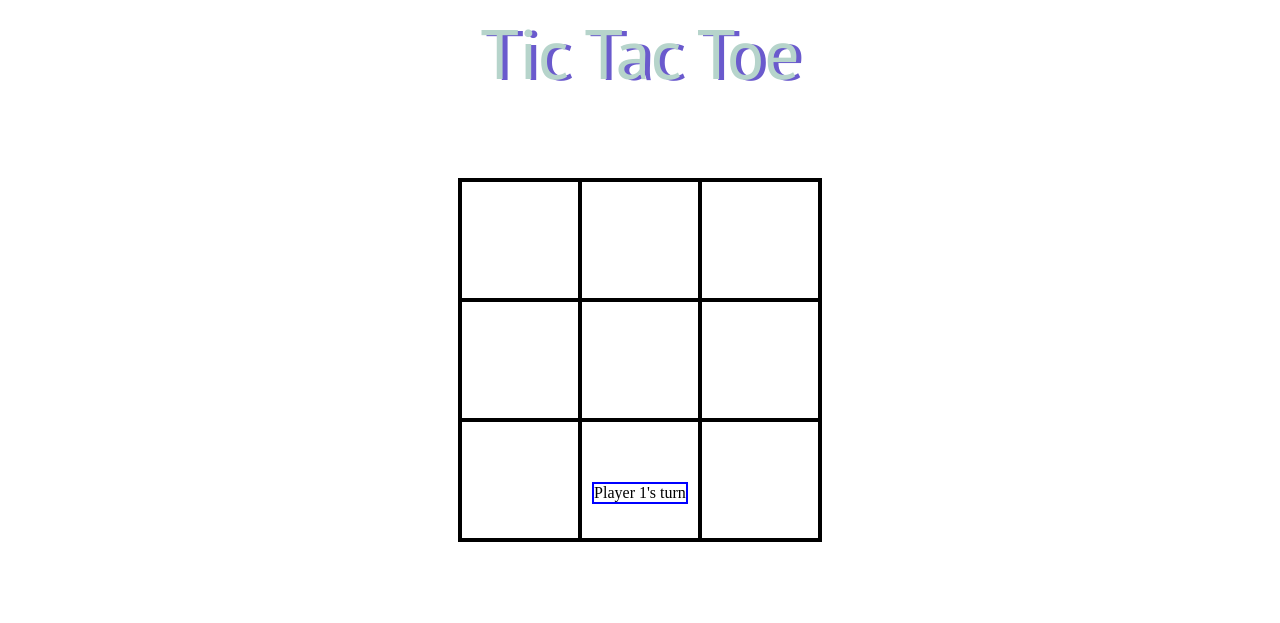
Repository: chin9/TicTacToe
Page: index.html
An editor plug-in stored every save of this project. The page is shown before and after a run of saves, followed by the edit.
The browser window is 1280 px wide. The pictures show the whole page.

Above is the page before, as saved 2021-05-15 20:59:41.

### index.html
<head>
    <link rel='stylesheet' href='style.css'>
</head>

<title> TicTacToe</title>

<header>Tic Tac Toe</header>


<body>
    <div class='board'>

        <div class='grid' id='0'>

        </div>

        <div class='grid' id='1'>

        </div>

        <div class='grid' id='2'>

        </div>

        <div class='grid' id='3'>

        </div>

        <div class='grid' id='4'>

        </div>

        <div class='grid' id='5'>

        </div>

        <div class='grid' id='6'>

        </div>

        <div class='grid' id='7'>

        </div>

        <div class='grid' id='8'>

        </div>

    </div>

    <div class='status' id='status'>
        Player 1's turn
    </div>
</body>

<script src='script.js'></script>

### style.css
@import url('https://fonts.googleapis.com/css2?family=PT+Sans&display=swap');


header{
    font-family: 'PT Sans', sans-serif;
    font-size: 70px;
    color: rgb(182, 212, 203);
    text-shadow: 5px 1px slateblue;
    text-align: center;
}

body{
    display: flex;
    flex-direction: column;
    align-items: center;

}

.board{
    height: 50vh;
    width: 50vh;

    position: relative;
    top: 80px;

    display: grid;
    grid-template-columns: 1fr 1fr 1fr;
    grid-template-rows: 1fr 1fr 1fr;

    border: 2px black solid;
}

.grid{
    border: 2px black solid;

    font-size: 50px;
    text-align: center;
    padding-top: 30px;


}

.status{
    position: relative;
    top: 20px;

    border: 2px blue solid;
}

### script.js


const gameboard = (() => {

    // 0: blank; 'O': circle; 'X': cross
    var grids = [0, 0, 0,
                 0, 0, 0,
                 0, 0, 0];

    function renderBoard() {

        for (let i = 0; i < 9; i++) {
            const grid = document.getElementById(`${i}`);
            if (grids[i] == 'O') {
                grid.textContent = 'O';
            } else if (grids[i] == 'X') {
                grid.textContent = 'X';
            } else {
                grid.textContent = '';
            }

        }

    };


    return {renderBoard};


})();


gameboard.renderBoard();

const player = (sign) => {

}

const player1 = player('O');
const player2 = player('X');

After the next 2 saves:
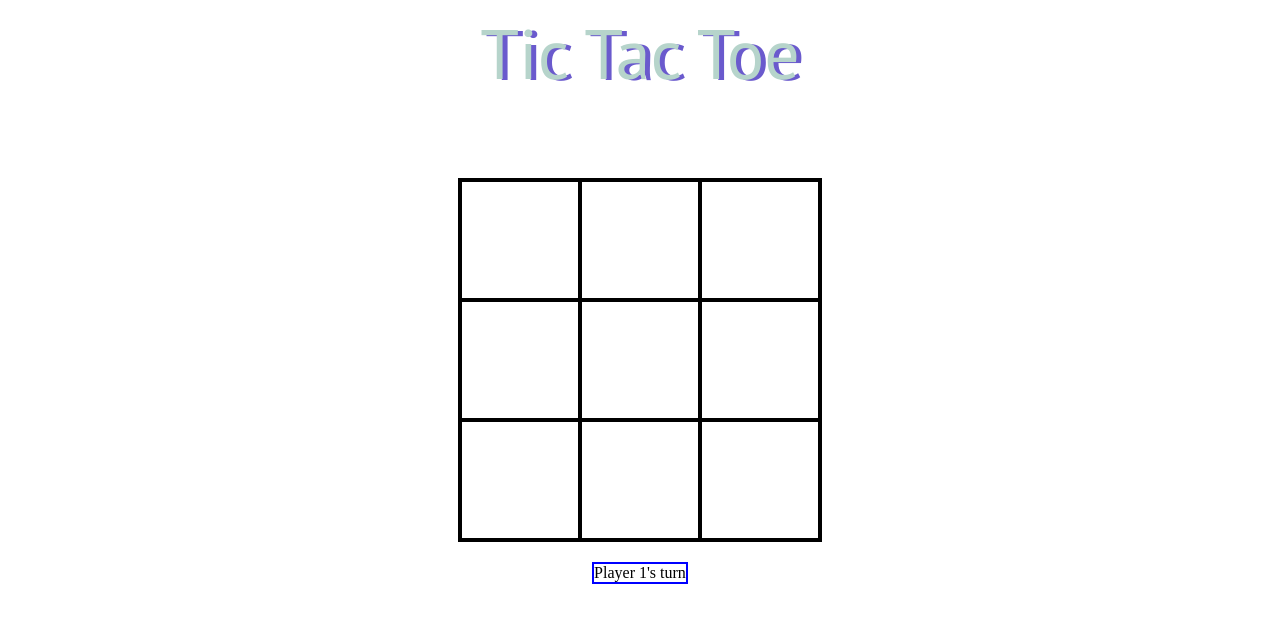
The 2 saves are shown as one change because they came seconds apart.
The last was saved 12 s later.
--- a/style.css
+++ b/style.css
@@ -42,7 +42,7 @@ body{
 
 .status{
     position: relative;
-    top: 20px;
+    top: 100px;
 
     border: 2px blue solid;
 }
